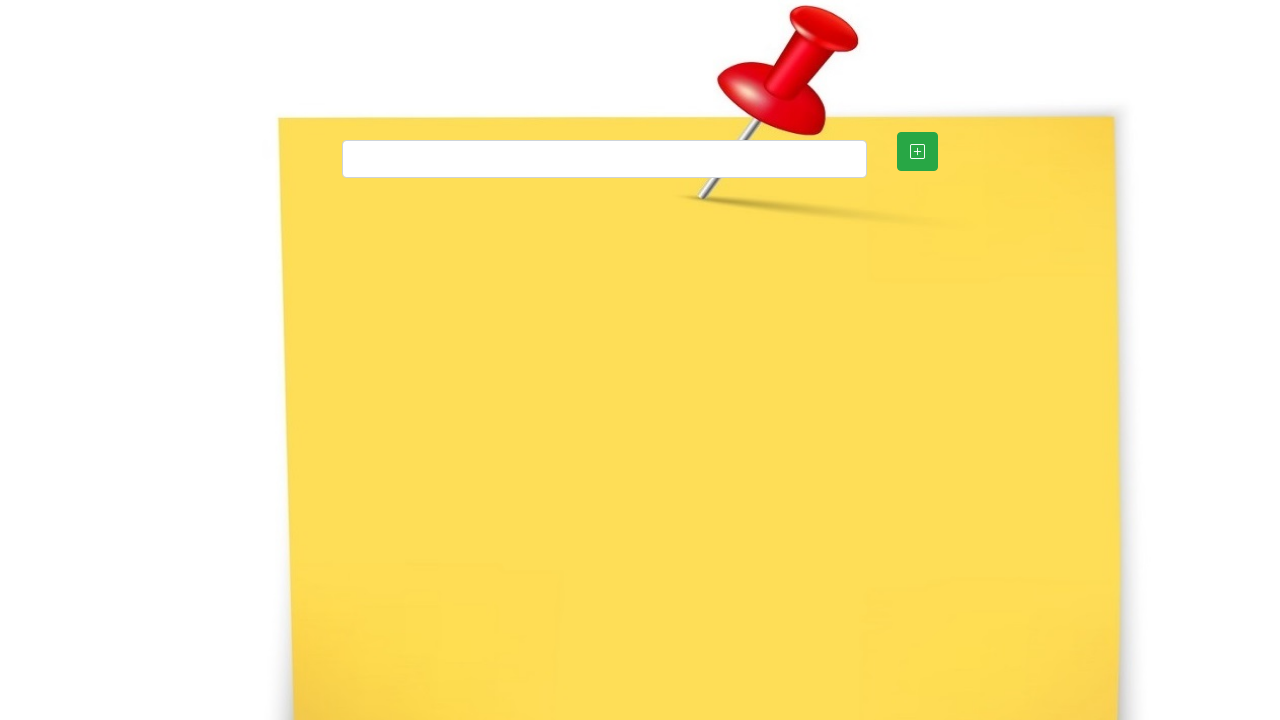
Repository: walaaElbasha/Todo-list-laravel
Page: http://localhost/tasks
These files come from the project's save history. The page is drawn as it stood at one moment and after the next save; the edit follows.
The browser window is 1280 px wide. The pictures show the whole page.
The page is served by the project's Laravel application, run on PHP 8.4 with Laravel 8. Style sheets and scripts are compiled from the project's sources, by tool versions that may differ from the author's. Queries for data that is not in the repository find no rows.

Above is the page before, as saved 2021-07-01 14:57:06.

After the next save:
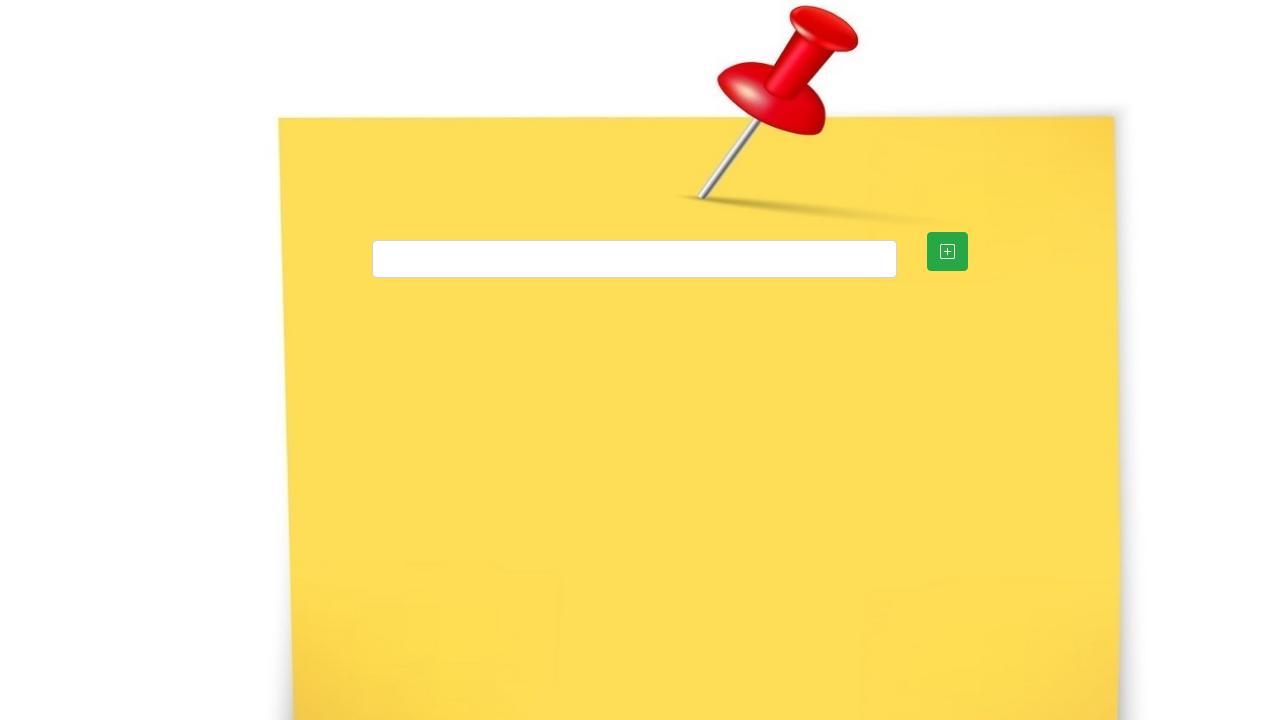
Saved 55 s later.
--- a/resources/views/tasks/index.blade.php
+++ b/resources/views/tasks/index.blade.php
@@ -5,7 +5,7 @@
 <!-- Bootstrap Boilerplate... -->
 <div>
 
-    <div class="container">
+    <div class="container" style="margin:100px">
 
         <!-- Display Validation Errors -->
         <table>
